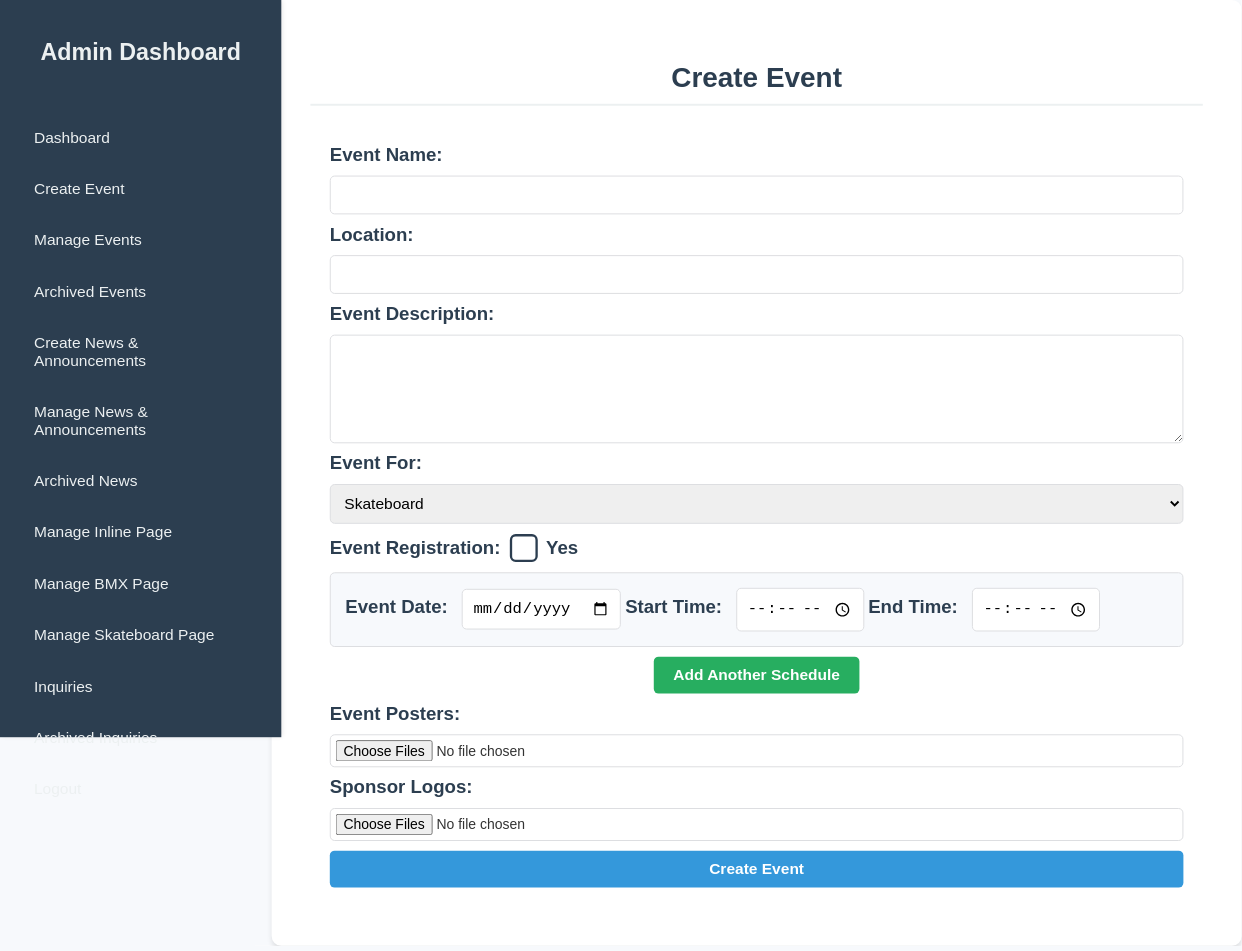
Repository: KharonKade/Capstone
Page: admin.html
The author's editor kept a copy of each file at every save. The page is drawn from the files as they stood at one save, then again after the next save.
The browser window is 1280 px wide. The pictures show the whole page, at 97% of full size.

Above is the page before, as saved 2025-04-02 19:46:33.

### admin.html
<!DOCTYPE html>
<html lang="en">
<head>
    <meta charset="UTF-8">
    <meta name="viewport" content="width=device-width, initial-scale=1.0">
    <title>Create Event</title>
    <link rel="stylesheet" href="Css/admin.css?v=1.0">
    <script src="https://cdn.jsdelivr.net/npm/sweetalert2@11"></script>
</head>
<body>
    <div class="admin-container">
        <nav class="sidebar">
            <h2>Admin Dashboard</h2>
            <ul>
                <li><a href="/dashboard">Dashboard</a></li>
                <li><a href="admin.html">Create Event</a></li>
                <li><a href="manage_upcoming.php">Manage Events</a></li>
                <li><a href="archived_events.php">Archived Events</a></li>
                <li><a href="create_news.html">Create News & Announcements</a></li>
                <li><a href="manage_news.php">Manage News & Announcements</a></li>
                <li><a href="archived_news.php">Archived News</a></li>
                <li><a href="editInlinePage.php">Manage Inline Page</a></li>
                <li><a href="editBmxPage.php">Manage BMX Page</a></li>
                <li><a href="editSkateboardPage.php">Manage Skateboard Page</a></li>
                <li><a href="view_inquiries.php">Inquiries</a></li>
                <li><a href="archived_inquiries.php">Archived Inquiries</a></li>
                <li><a href="/logout">Logout</a></li>
            </ul>
        </nav>
        <main class="content" id="create_event">
            <h2>Create Event</h2>
            <div class="form-container">
            <form action="store_event.php" method="post" enctype="multipart/form-data">
                <label for="event_name">Event Name:</label>
                <input type="text" name="event_name" id="event_name" required>

                <label for="location">Location:</label>
                <input type="text" name="location" id="location" required>

                <label for="description">Event Description:</label>
                <textarea name="description" id="description" rows="5" required></textarea>

                <label for="category">Event For:</label>
                <select name="category" id="category" required>
                    <option value="skateboard">Skateboard</option>
                    <option value="inline">Inline</option>
                    <option value="bmx">BMX</option>
                    <option value="all">All</option>
                </select>

                <label for="registration">
                    Event Registration:
                    <input type="checkbox" name="registration" id="registration" value="1">
                    <span>Yes</span>
                </label>

                <div id="registration-options" style="display: none;">
                    <label for="registration_limit">Registration Limit:</label>
                    <input type="number" name="registration_limit" id="registration_limit" min="1">
                </div>

                <div id="schedule-container">
                    <div class="schedule-item">
                        <label for="event_date">Event Date:</label>
                        <input type="date" name="event_date[]" required>
                        <label for="start_time">Start Time:</label>
                        <input type="time" name="start_time[]" required>
                        <label for="end_time">End Time:</label>
                        <input type="time" name="end_time[]" required>
                    </div>
                </div>
                <button type="button" id="add_schedule">Add Another Schedule</button>

                <label for="posters">Event Posters:</label>
                <input type="file" name="posters[]" id="posters" multiple required>

                <label for="sponsors">Sponsor Logos:</label>
                <input type="file" name="sponsors[]" id="sponsors" multiple required>

                <button type="submit">Create Event</button>
            </form>
            </div>
        </main>
    </div>
    <script>
        // Get references to the button and container
        const addScheduleButton = document.getElementById('add_schedule');
        const scheduleContainer = document.getElementById('schedule-container');

        // Add an event listener to the "Add Another Schedule" button
        addScheduleButton.addEventListener('click', () => {
            // Create a new div for the additional schedule
            const newSchedule = document.createElement('div');
            newSchedule.classList.add('schedule-item');

            // Add the necessary input fields for a new schedule
            newSchedule.innerHTML = `
                <label for="event_date">Event Date:</label>
                <input type="date" name="event_date[]" required>
                <label for="start_time">Start Time:</label>
                <input type="time" name="start_time[]" required>
                <label for="end_time">End Time:</label>
                <input type="time" name="end_time[]" required>
                <button type="button" class="remove-schedule">Remove</button>
            `;

            // Append the new schedule div to the container
            scheduleContainer.appendChild(newSchedule);

            // Add functionality to remove the schedule
            newSchedule.querySelector('.remove-schedule').addEventListener('click', () => {
                newSchedule.remove();
            });
        });

        document.getElementById("registration").addEventListener("change", function () {
            var registrationOptions = document.getElementById("registration-options");
            registrationOptions.style.display = this.checked ? "block" : "none";
        });
    </script>
</body>
</html>

### Css/admin.css
/* admin.css */

body {
    font-family: 'Arial', sans-serif;
    margin: 0;
    padding: 0;
    background: #f7f9fc;
    color: #333;
}

.admin-container {
    display: flex;
    min-height: 100vh;
}

/* Sidebar */
.sidebar {
    width: 250px;
    background: #2c3e50;
    color: #ecf0f1;
    padding: 20px;
    box-shadow: 2px 0 5px rgba(0, 0, 0, 0.1);
    display: flex;
    flex-direction: column;
    gap: 20px;
    position: fixed;
    height: 100%;
}

.sidebar h2 {
    text-align: center;
    font-size: 1.5rem;
    margin-bottom: 20px;
}

.sidebar ul {
    list-style: none;
    padding: 0;
    margin: 0;
}

.sidebar ul li {
    margin: 15px 0;
}

.sidebar ul li a {
    text-decoration: none;
    color: #ecf0f1;
    padding: 10px 15px;
    display: block;
    border-radius: 5px;
    transition: background 0.3s;
}

.sidebar ul li a:hover {
    background: #34495e;
}

/* Main Content */
.content {
    flex-grow: 1;
    padding: 40px;
    background: #ffffff;
    border-radius: 10px;
    box-shadow: 0px 4px 6px rgba(0, 0, 0, 0.1);
    margin-left: 280px;
    align-items: center;
}

.content h2 {
    margin-bottom: 20px;
    font-size: 1.8rem;
    color: #2c3e50;
    text-align: center;
    border-bottom: 2px solid #ecf0f1;
    padding-bottom: 10px;
}
.form-container {
    display: flex;
    justify-content: center; /* Centers horizontally */
    align-items: center; /* Centers vertically */
}

form {
    display: flex;
    flex-direction: column;
    gap: 10px;
    max-width: 1000px; /* Adjust width */
    width: 100%;
    background: white;
    padding: 20px;


}

form label {
    font-size: 1.2rem;
    font-weight: bold;
    color: #2c3e50; /* Darker text color */
    margin-right: 10px;
    cursor: pointer;
}

form input,
form select,
form textarea,
form button {
    font-size: 1rem;
    padding: 10px;
    border: 1px solid #dcdde1;
    border-radius: 5px;
    outline: none;
    transition: border-color 0.3s, box-shadow 0.3s;
}

form input:focus,
form select:focus,
form textarea:focus {
    border-color: #3498db;
    box-shadow: 0 0 5px rgba(52, 152, 219, 0.5);
}

form button {
    background: #3498db;
    color: #ffffff;
    cursor: pointer;
    border: none;
    font-weight: bold;
    transition: background 0.3s;
}

form button:hover {
    background: #2980b9;
}

#schedule-container {
    display: flex;
    flex-direction: column;
    gap: 20px;
}

.schedule-item {
    background: #f7f9fc;
    padding: 15px;
    border: 1px solid #dcdde1;
    border-radius: 5px;
}

.schedule-item .remove-schedule {
    background: #e74c3c;
    color: #ffffff;
    border: none;
    padding: 5px 10px;
    border-radius: 5px;
    margin-top: 10px;
    cursor: pointer;
    font-size: 0.9rem;
}

.schedule-item .remove-schedule:hover {
    background: #c0392b;
}

/* Add Schedule Button */
#add_schedule {
    align-self: center;
    background: #27ae60;
    color: #ffffff;
    border: none;
    padding: 10px 20px;
    font-size: 1rem;
    border-radius: 5px;
    cursor: pointer;
    transition: background 0.3s;
}

#add_schedule:hover {
    background: #229954;
}

/* File Inputs */
form input[type="file"] {
    padding: 5px;
    font-size: 0.9rem;
}

/* Style the label */
label[for="registration"] {
    font-size: 1.2rem;
    font-weight: bold;
    color: #2c3e50;
    display: flex;
    align-items: center; /* Ensures everything stays aligned horizontally */
    gap: 8px; /* Adds spacing between elements */
}

/* Hide the default checkbox */
input[type="checkbox"] {
    appearance: none;
    -webkit-appearance: none;
    -moz-appearance: none;
    width: 20px;
    height: 20px;
    border: 2px solid #2c3e50; /* Border color */
    border-radius: 5px;
    display: inline-block;
    vertical-align: middle;
    position: relative;
    cursor: pointer;
    transition: background 0.3s ease-in-out;
    transform: scale(1.2); /* Makes the checkbox slightly bigger */
}

/* Style when checked */
input[type="checkbox"]:checked {
    background-color: #2c3e50; /* Darker color */
    border-color: #2c3e50;
}

/* Checkmark using ::after pseudo-element */
input[type="checkbox"]:checked::after {
    content: "✔";
    font-size: 1rem;
    color: white;
    position: absolute;
    left: 50%;
    top: 50%;
    transform: translate(-50%, -50%);
    font-weight: bold;
}

/* Responsive Design */
@media (max-width: 768px) {
    .admin-container {
        flex-direction: column;
    }

    .sidebar {
        width: 100%;
        flex-direction: row;
        justify-content: space-around;
    }

    .sidebar h2 {
        display: none;
    }

    .content {
        margin: 0;  /* Remove extra margin */
        padding: 20px;
        width: 100%; /* Ensure it takes full width */
    }

    form {
        padding: 0 10px;
        max-width: 100%; /* Make sure it doesn't shrink too much */
    }
}

After the next save:
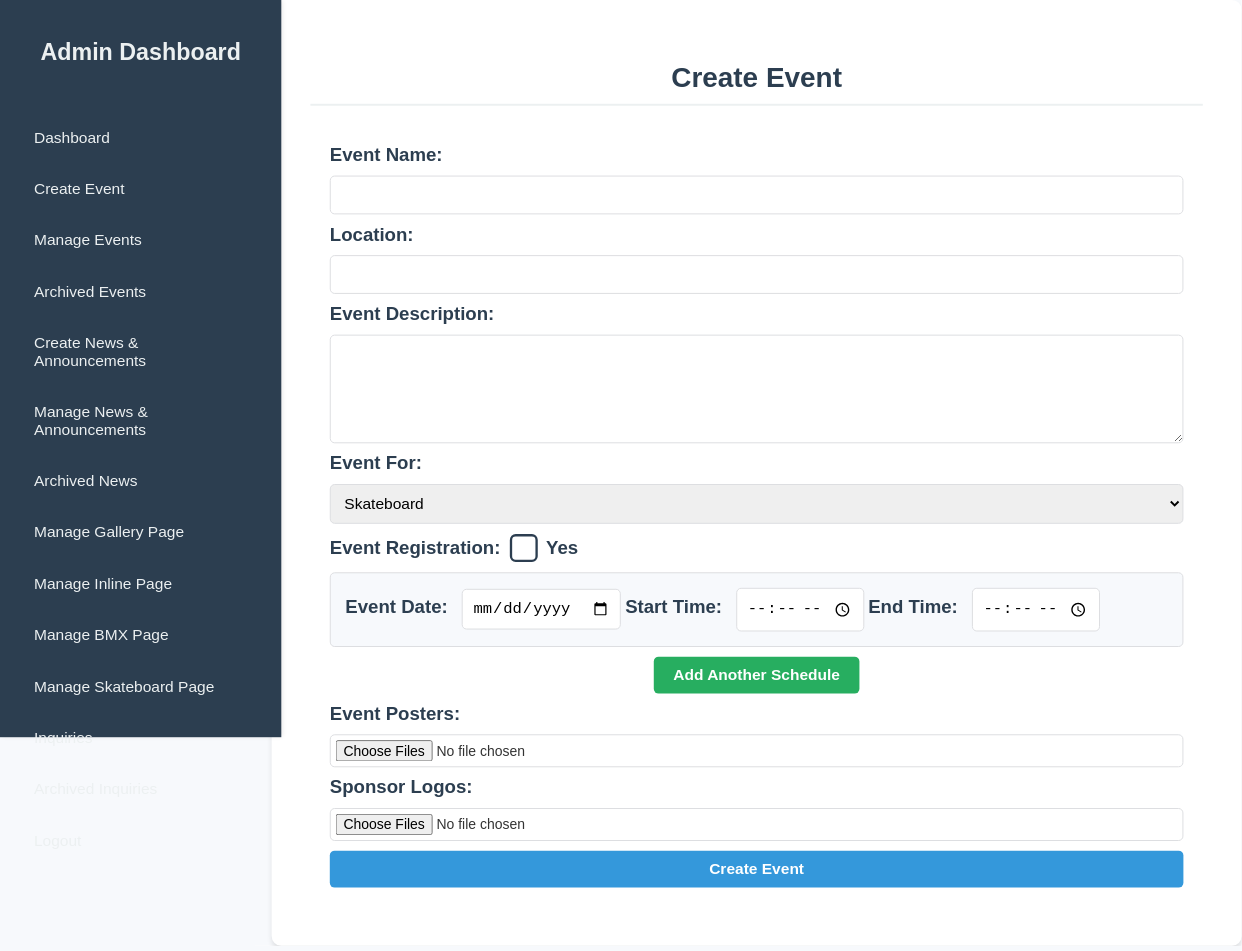
Saved 31 s later.
--- a/admin.html
+++ b/admin.html
@@ -19,6 +19,7 @@
                 <li><a href="create_news.html">Create News & Announcements</a></li>
                 <li><a href="manage_news.php">Manage News & Announcements</a></li>
                 <li><a href="archived_news.php">Archived News</a></li>
+                <li><a href="admin_gallery.php">Manage Gallery Page</a></li>
                 <li><a href="editInlinePage.php">Manage Inline Page</a></li>
                 <li><a href="editBmxPage.php">Manage BMX Page</a></li>
                 <li><a href="editSkateboardPage.php">Manage Skateboard Page</a></li>
